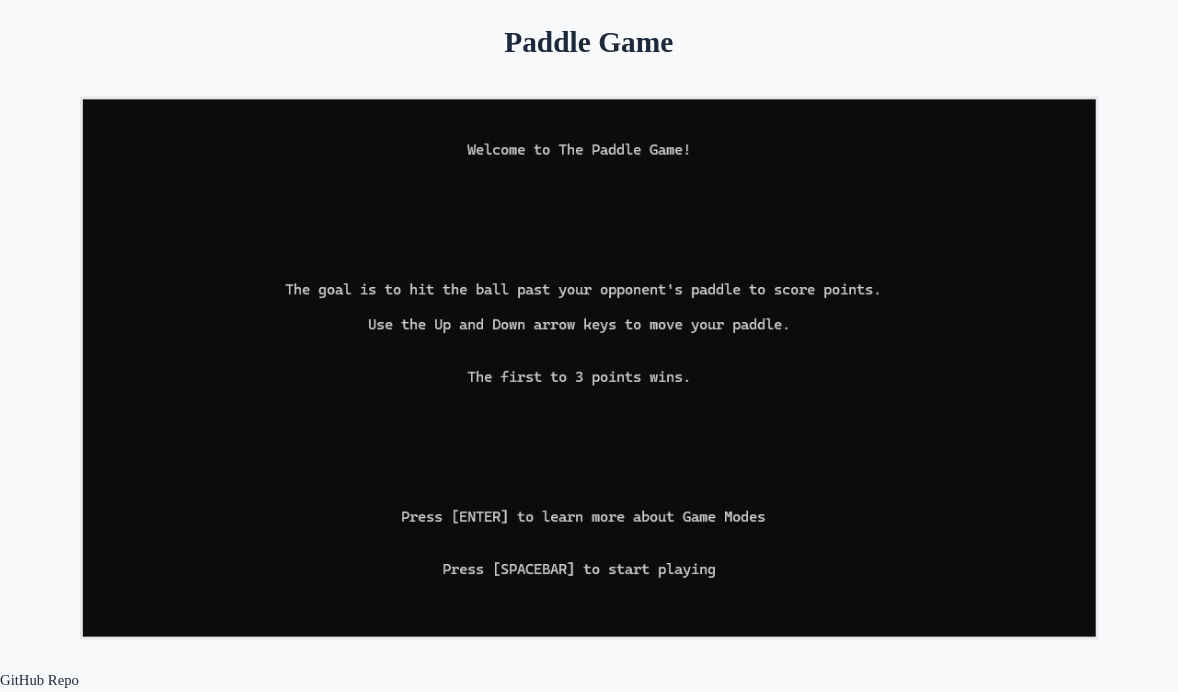
Repository: alison-cunningham/alison-cunningham
Page: pages/paddle-game.html
The author's editor kept a copy of each file at every save. The page is drawn from the files as they stood at one save, then again after the next save.
The browser window is 1280 px wide. The pictures show the whole page, at 92% of full size.
Some web fonts or font styles are not loaded; a fallback is used.

Above is the page before, as saved 2026-05-08 20:51:46.

After the next save:
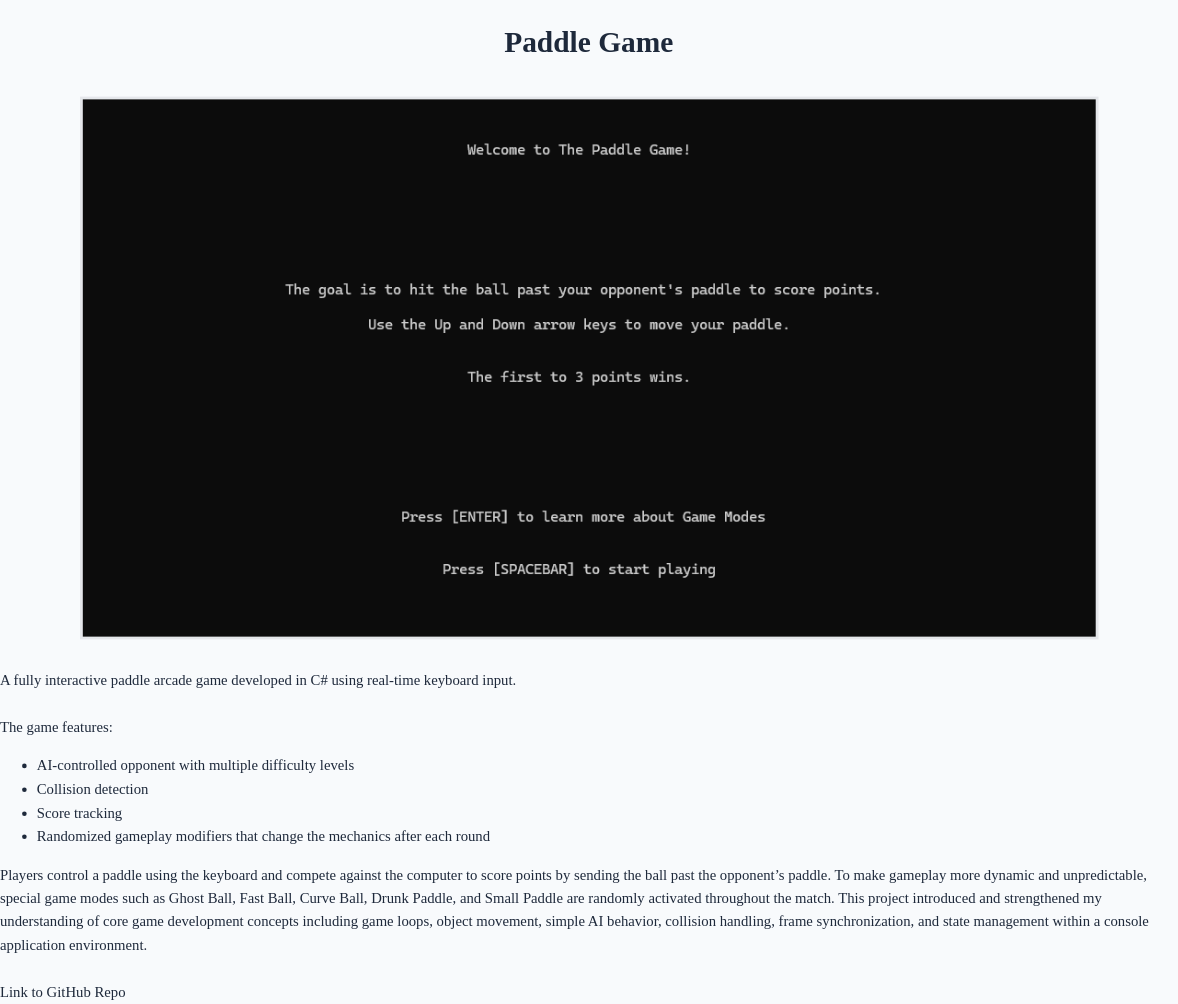
Saved 8 min 17 s later.
--- a/pages/paddle-game.html
+++ b/pages/paddle-game.html
@@ -14,9 +14,27 @@
 
     <img src="../assets/images/paddle-game-screenshot-2.png" alt="Screenshot from Paddle Game gameplay">
 
+    <section class="project-description">
+        A fully interactive paddle arcade game developed in C# using real-time keyboard input.
 
+        <br><br>
+
+        The game features:
+        <ul>
+            <li>AI-controlled opponent with multiple difficulty levels</li>
+            <li>Collision detection</li>
+            <li>Score tracking</li>
+            <li>Randomized gameplay modifiers that change the mechanics after each round</li>
+        </ul>
+
+        Players control a paddle using the keyboard and compete against the computer to score points by sending the ball past the opponent’s paddle.
+        To make gameplay more dynamic and unpredictable, special game modes such as Ghost Ball, Fast Ball, Curve Ball, Drunk Paddle, and Small Paddle are randomly activated throughout the match.
+        This project introduced and strengthened my understanding of core game development concepts including game loops, object movement, simple AI behavior, collision handling, frame synchronization, and state management within a console application environment.
+    </section>
+
+    <br>
     <a href="https://github.com/alison-cunningham/PaddleGame-2D-Collision-Simulation.git">
-        GitHub Repo
+        Link to GitHub Repo
     </a>
 
 </body>
